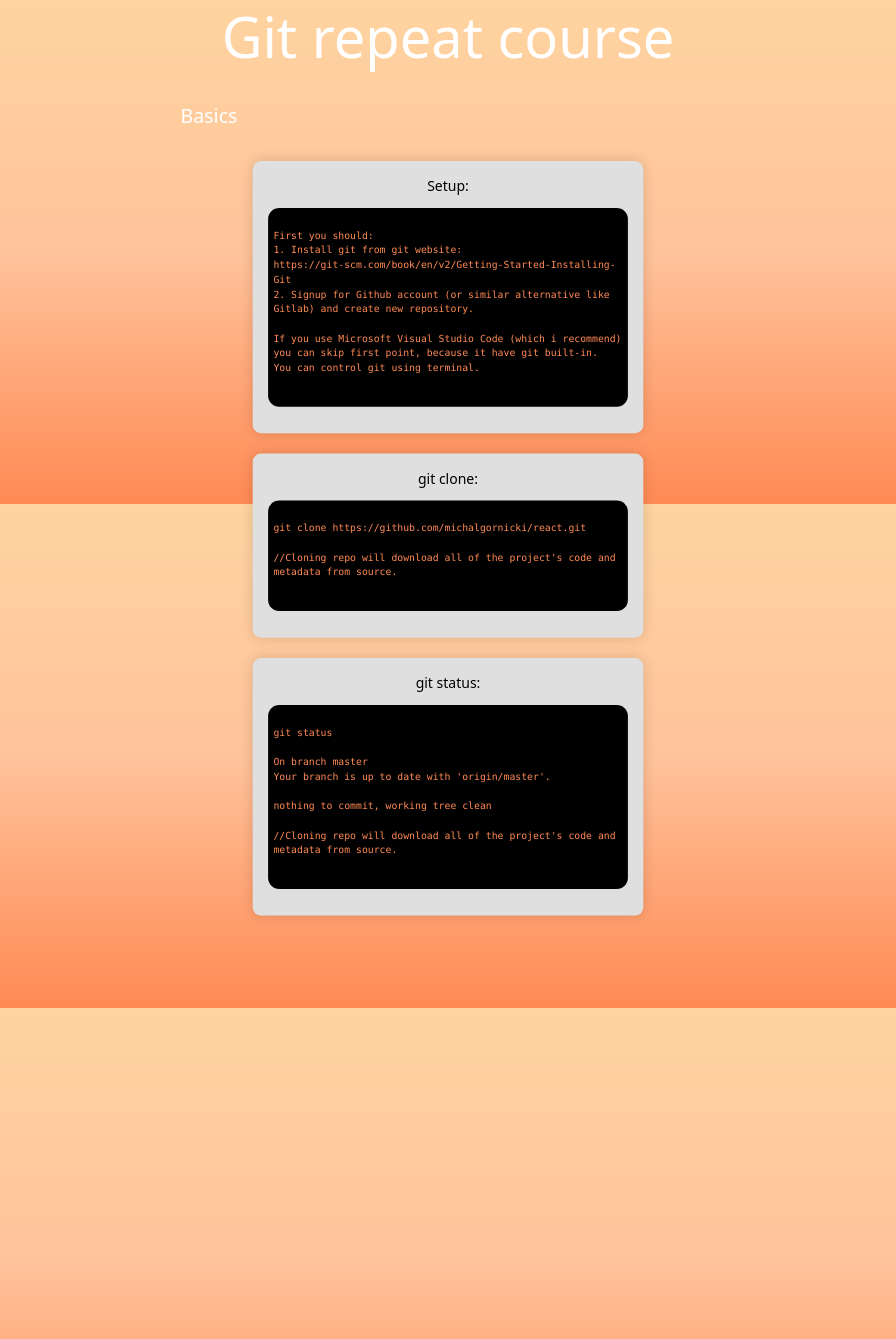
Repository: michalgornicki/git
Page: /
These files come from the project's save history. The page is drawn as it stood at one moment and after a run of saves; the edit follows.
The browser window is 1280 px wide. The pictures show the whole page, at 70% of full size.
Backgrounds fixed to the window are drawn as part of the page. The project was rebuilt for these pictures with package versions that can differ from the ones it lists, and the page was loaded fresh each time. Imported but missing from the stored project, and not drawn on this page: src/components/DOM manipulation.jsx, src/components/async.jsx, src/components/loops.jsx, src/components/numbers.jsx, src/components/variables.jsx, src/components/window.jsx.

Above is the page before, as saved 2022-02-10 08:01:51.

After the next 2 saves:
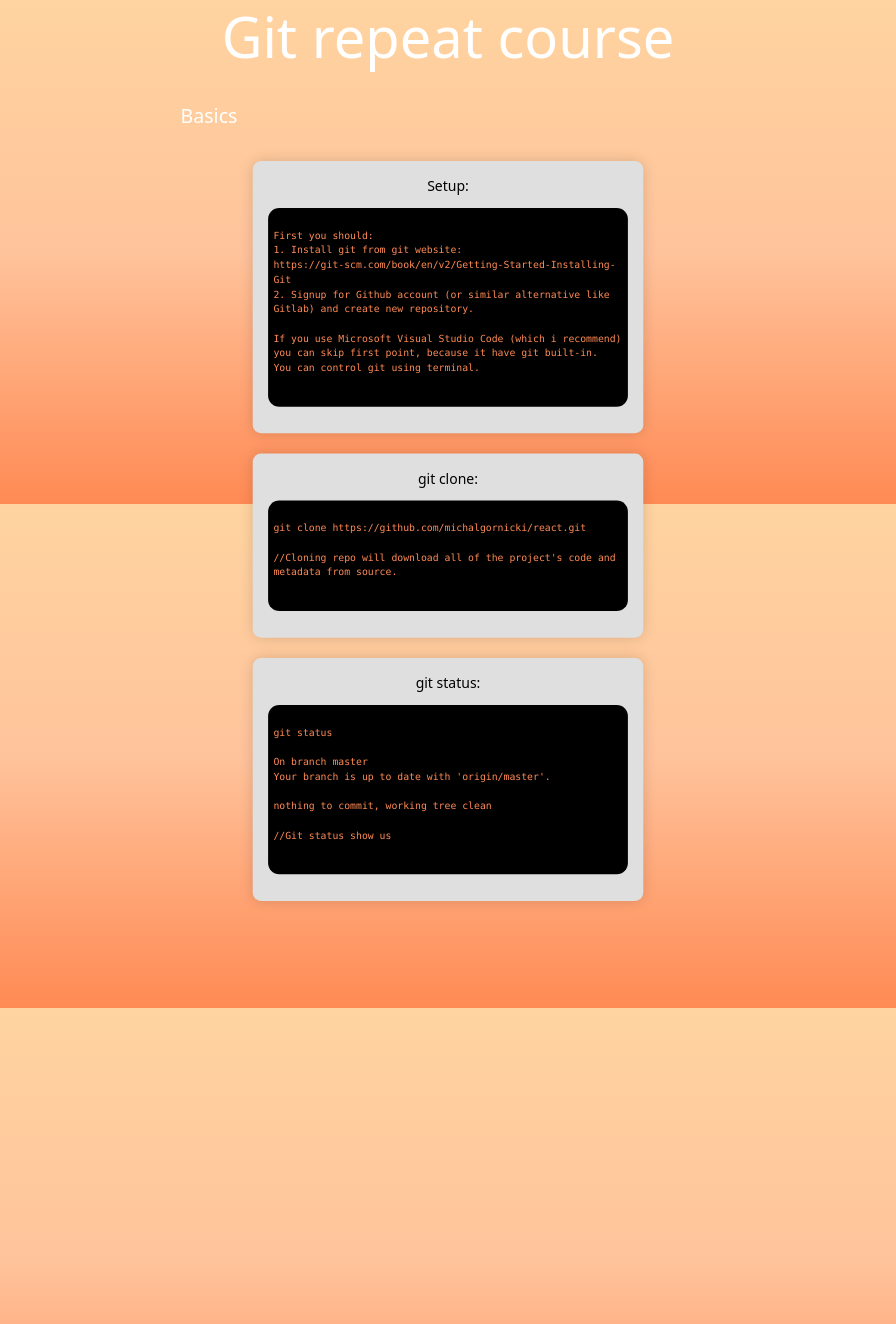
The 2 saves are shown as one change because they came seconds apart.
The last was saved 30 s later.
--- a/src/components/arrays.jsx
+++ b/src/components/arrays.jsx
@@ -41,7 +41,7 @@ Your branch is up to date with 'origin/master'.
 
 nothing to commit, working tree clean
 
-//Cloning repo will download all of the project's code and metadata from source.
+//Git status show us
           `}</pre>
           </div>
       </div>
